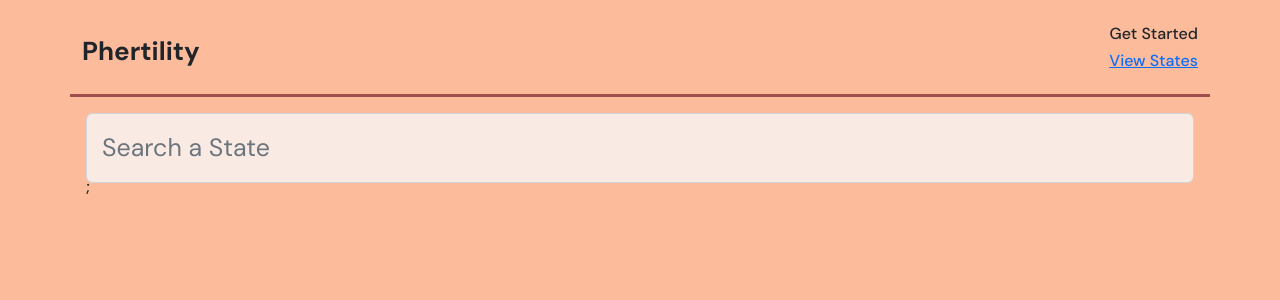
Repository: KaiDubauskas/phertility
Page: /states (app in frontend/app/)
The author's editor kept a copy of each file at every save. The page is drawn from the files as they stood at one save, then again after the next save.
The browser window is 1280 px wide. The pictures show the whole page.
The page's requests for data from a server got no answer. The project was rebuilt for these pictures with package versions that can differ from the ones it lists, and the page was loaded fresh each time. No one was signed in, and anything a server would have sent is missing. Also part of the build but not shown: frontend/app/src/CurrentLocation.js, frontend/app/src/Map.js, frontend/app/src/Images/index.js, frontend/app/src/components/homepage.js.

Above is the page before, as saved 2022-10-23 02:27:30.

After the next save:
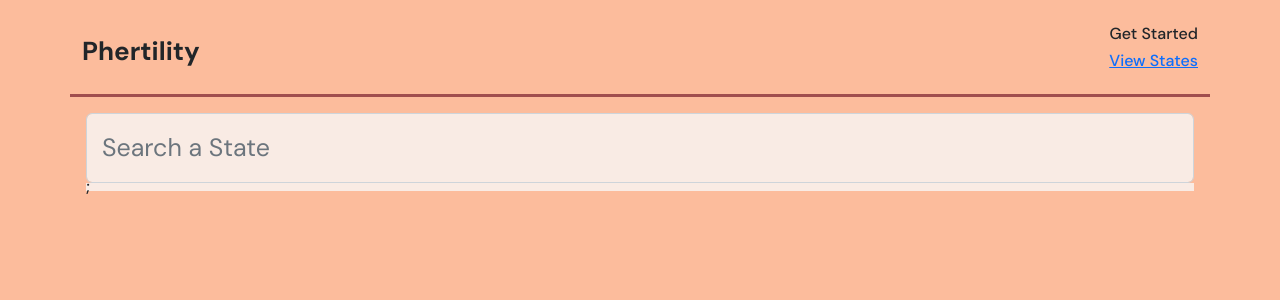
Saved 4 s later.
--- a/frontend/app/src/states.css
+++ b/frontend/app/src/states.css
@@ -10,6 +10,7 @@
 }
 
 .countries{
+  background-color: #f9ebe4;
     display: grid;
     grid-template-columns: 33% 33% 33%;
     column-gap: 10px;

After the save that followed:
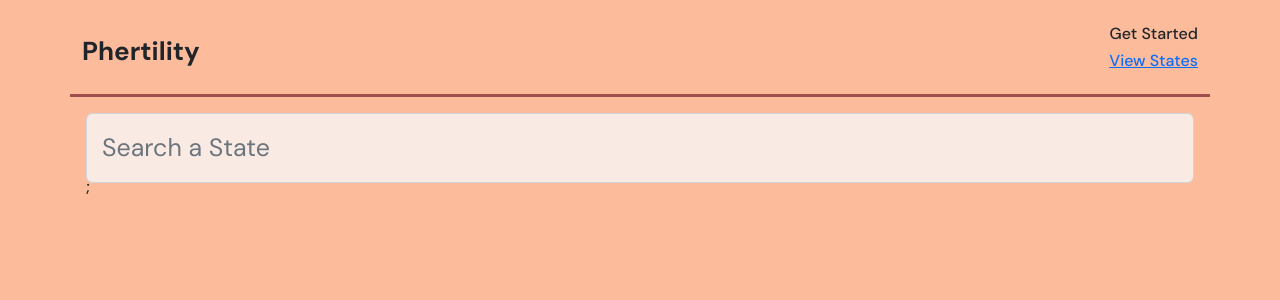
Saved 9 s later.
--- a/frontend/app/src/states.css
+++ b/frontend/app/src/states.css
@@ -2,7 +2,7 @@
   background-color: #fcbc9c;
  }
  .cardFull{
-  background-color: #fcbc9c;
+  background-color: #f9ebe4;
   font-family: 'DM Sans', sans-serif;
   font-weight: 500;
   align-items: center;
@@ -10,7 +10,7 @@
 }
 
 .countries{
-  background-color: #f9ebe4;
+
     display: grid;
     grid-template-columns: 33% 33% 33%;
     column-gap: 10px;
